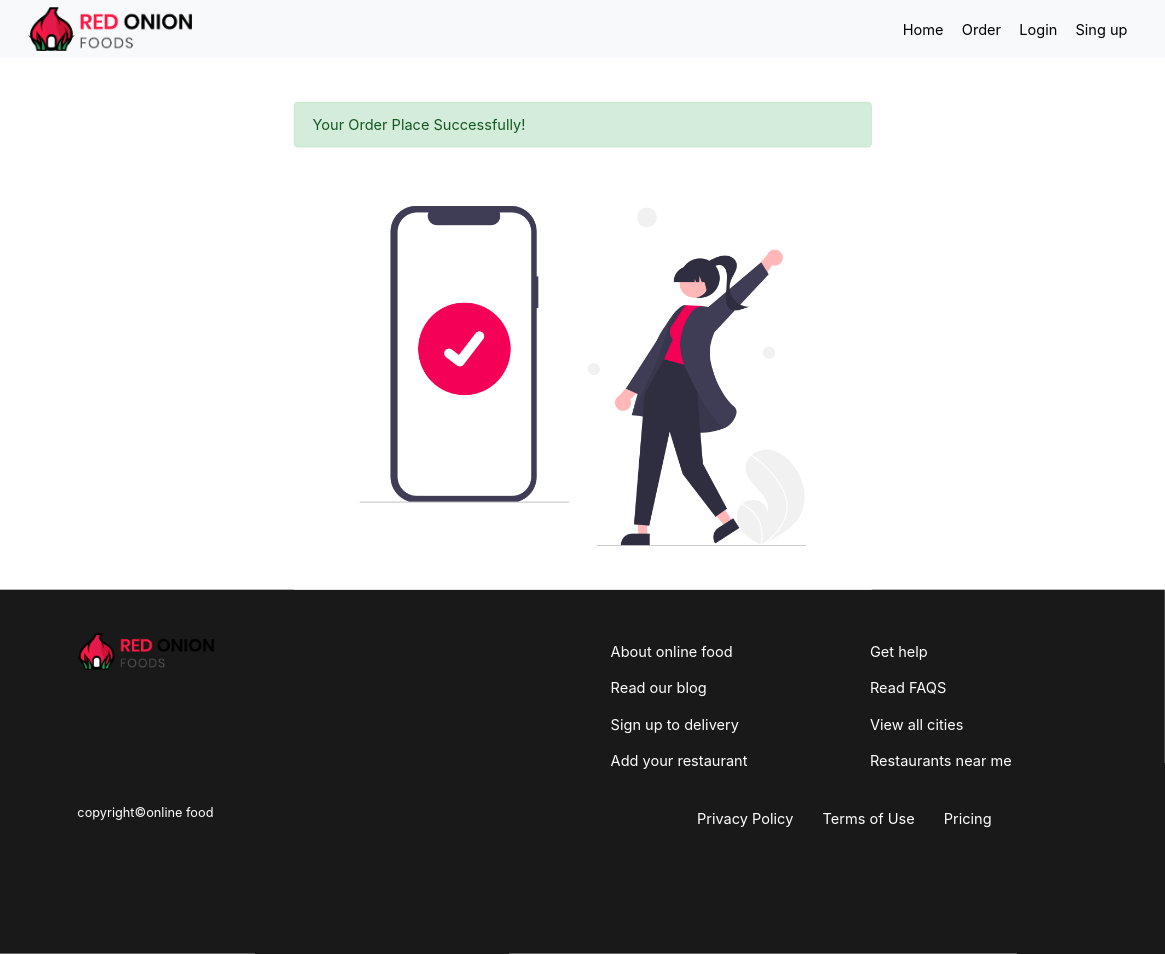
Repository: arif286/red-onion-client
Page: /checkOut
An editor plug-in stored every save of this project. The page is shown before and after the next save, followed by the edit.
The browser window is 1280 px wide. The pictures show the whole page, at 91% of full size.
The page's requests for data from a server got no answer. The project was rebuilt for these pictures with package versions that can differ from the ones it lists, and the page was loaded fresh each time. Some packages were replaced by stand-ins written for this rebuild. No one was signed in, and anything a server would have sent is missing. Also part of the build but not shown: src/App.css, src/components/CheckOut/CheckOut.css, src/components/CheckOut/CheckOutForm/CheckOutFrom.js, src/components/SearchBar/SearchBar.css, src/components/SearchBar/SearchBar.js, src/components/FoodDetails/FoodDetail.css, src/components/FoodDetails/FoodDetail.js, src/components/DeliveryFood/DeliveryFood.js and 12 more. Imported but missing from the stored project, and not drawn on this page: src/components/CheckOut/Map/Map.

Above is the page before, as saved 2021-04-06 03:25:41.

### public/index.html
<!DOCTYPE html>
<html lang="en">
  <head>
    <meta charset="utf-8" />
    <link rel="icon" href="%PUBLIC_URL%/favicon.ico" />
    <meta name="viewport" content="width=device-width, initial-scale=1" />
    <meta name="theme-color" content="#000000" />
    <meta
      name="description"
      content="Web site created using create-react-app"
    />
    <link rel="apple-touch-icon" href="%PUBLIC_URL%/logo192.png" />
    <!--
      manifest.json provides metadata used when your web app is installed on a
      user's mobile device or desktop. See https://developers.google.com/web/fundamentals/web-app-manifest/
    -->
    <link rel="manifest" href="%PUBLIC_URL%/manifest.json" />

    <!-- <link
      href="https://api.tiles.mapbox.com/mapbox-gl-js/v2.1.1/mapbox-gl.css"
      rel="stylesheet"
    /> -->
    <!--
      Notice the use of %PUBLIC_URL% in the tags above.
      It will be replaced with the URL of the `public` folder during the build.
      Only files inside the `public` folder can be referenced from the HTML.

      Unlike "/favicon.ico" or "favicon.ico", "%PUBLIC_URL%/favicon.ico" will
      work correctly both with client-side routing and a non-root public URL.
      Learn how to configure a non-root public URL by running `npm run build`.
    -->
    <title>Red Onion</title>
  </head>
  <body>
    <noscript>You need to enable JavaScript to run this app.</noscript>
    <div id="root"></div>
    <!--
      This HTML file is a template.
      If you open it directly in the browser, you will see an empty page.

      You can add webfonts, meta tags, or analytics to this file.
      The build step will place the bundled scripts into the <body> tag.

      To begin the development, run `npm start` or `yarn start`.
      To create a production bundle, use `npm run build` or `yarn build`.
    -->
  </body>
</html>

### src/App.js
import "bootstrap/dist/css/bootstrap.min.css";
import React, { createContext, useState } from "react";
import { BrowserRouter as Router, Route, Switch } from "react-router-dom";
import './App.css';
import CheckOut from "./components/CheckOut/CheckOut";
import Map from "./components/CheckOut/Map/Map";
import FoodDetail from "./components/FoodDetails/FoodDetail";
import Footer from "./components/Footer/Footer";
import Header from "./components/Header/Header";
import Home from './components/Home/Home';
import Login from "./components/LogIn/Login";
import Order from "./components/Order/Order";
import SingUp from "./components/SingUp/SingUp";


export const UserContext = createContext();
function App() {
  const [loggedInUser, setLoggedInUser] = useState({});
  return (
    <UserContext.Provider value={[loggedInUser, setLoggedInUser]}>
      <Router>
        <Header />
        <Switch>
          <Route path="/home">
            <Home />
          </Route>
          <Route path="/signUp">
            <SingUp />
          </Route>
          <Route path="/login">
            <Login />
          </Route>
          <Route path="/food/details/:foodId">
            <FoodDetail />
          </Route>
          <Route path='/checkOut'>
            <CheckOut/>
          </Route>
          <Route path='/order'>
            <Order/>
          </Route>
          <Route path='/map'>
            <Map/>
          </Route>
          <Route exact path="/">
            <Home/>
          </Route>
        </Switch>
        <Footer />
      </Router>
    </UserContext.Provider>
  );

}

export default App;

### src/components/CheckOut/CheckOut.js
import axios from "axios";
import React, { useContext, useEffect, useState } from "react";
import { Alert } from "react-bootstrap";
import { UserContext } from "../../App";
import Order from "../../onion-restaurent/Image/confirmOrder.png";
import "./CheckOut.css";
import CheckOutFrom from "./CheckOutForm/CheckOutFrom";
import Map from "./Map/Map";

const CheckOut = () => {
  const [loggedInUser, setLoggedInUser] = useContext(UserContext);
  const [cart, setCart] = useState({});
  const { count, foodId } = loggedInUser;
  useEffect(() => {
    axios
      .get(`http://localhost:5000/foodDetails/${foodId}`)
      .then((res) => {
        setCart(res.data);
      })
      .catch((err) => console.log(err));
  }, [foodId]);

  const { name: foodName, picture, price } = cart;

  const [deliverInfo, setDeliverInfo] = useState({});
  const [map, setMap] = useState(true);

  const { name, address, phone, email } = deliverInfo;

  const fixNumber = (str, num) => {
    const price = Number(str);
    const multiplication = price * num;
    return multiplication.toFixed(2);
  };
  const subTotal = fixNumber(price, count);
  const vat = fixNumber(subTotal, 0.07);

  let deliveryFee;

  if (subTotal < 50) {
    deliveryFee = 3.5;
  } else if (subTotal > 50) {
    deliveryFee = 2.5;
  }
  const total = (Number(subTotal) + Number(vat) + deliveryFee).toFixed(2);

   const [confirmOrder, setConfirmOrder] = useState(false);
  const handleOrder = () => {
    const orderFood = { ...deliverInfo };
    orderFood.totalPrice = total;
    orderFood.quantity = count;
    orderFood.foodId = foodId;
    console.log(orderFood);
    axios
      .post("http://localhost:5000/order", orderFood)
      .then((res) => setConfirmOrder(res.data))
      .catch((err) => console.log(err));
  };

  return (
    <div className="container">
      {!confirmOrder ? (
        <div className="row justify-content-center mt-5">
          <div className="col-md-7">
            <Alert variant="success">Your Order Place Successfully! </Alert>
            <img className='img-fluid' src={Order} alt="confirm" />
          </div>
        </div>
      ) : (
        <div className="row mt-5 justify-content-between">
          <div className="col-md-7 col-sm-12">
            {!map ? (
              <Map />
            ) : (
              <CheckOutFrom deliverInfo={setDeliverInfo} map={setMap} />
            )}
          </div>
          <div className="col-md-4 col-sm-12 ">
            <div className="delivery-info">
              <p>
                <strong>Name:</strong> {name}
              </p>
              <p>
                <strong>Address:</strong> {address}
              </p>
              <p>
                <strong>Phone:</strong> {phone}
              </p>
            </div>
            <div className="card">
              <div className="d-flex justify-content-between">
                <img
                  style={{ width: "100px", objectFit: "contain" }}
                  src={picture}
                  alt=""
                />
                <div style={{ padding: "1.25rem" }}>
                  <h6>{foodName}</h6>
                  <p>price: ${price}</p>
                  <p>quantity: {count}</p>
                </div>
              </div>
            </div>
            <div className="card-body">
              <p>
                subtotal item <span>${subTotal}</span>
              </p>
              <p>Tax ${vat}</p>
              <p>Delivery fee ${deliveryFee}</p>
              <p>Total ${total}</p>
              <button
                onClick={handleOrder}
                disabled={map}
                className="btn btn-danger w-100"
              >
                Place Order
              </button>
            </div>
          </div>
        </div>
      )}
    </div>
  );
};

export default CheckOut;

### src/components/Footer/Footer.js
import React from 'react';
import { NavLink } from 'react-bootstrap';
import Logo from '../../onion-restaurent/logo2.png';
import './Footer.css';

const Footer = () => {
    return (
      <footer>
        <div className="container">
          <div className="row pt-5">
            <div className="col-md-6 col-sm-12 pb-4">
              <img className="footer-img" src={Logo} alt="" />
            </div>
            <div className="col-md-3 col-sm-12 pb-4">
              <ul className="nav flex-column">
                <li className="nav-item">
                  <NavLink
                    className="nav-link active footer-link"
                    aria-current="page"
                    to="/"
                  >
                    About online food
                  </NavLink>
                </li>
                <li className="nav-item">
                  <NavLink className="nav-link footer-link" to="/">
                    Read our blog
                  </NavLink>
                </li>
                <li className="nav-item">
                  <NavLink className="nav-link footer-link" to="/">
                    Sign up to delivery
                  </NavLink>
                </li>
                <li className="nav-item">
                  <NavLink className="nav-link footer-link" to="/">
                    Add your restaurant
                  </NavLink>
                </li>
              </ul>
            </div>
            <div className="col-md-3 col-sm-12 pb-4">
              <ul className="nav flex-column">
                <li className="nav-item">
                  <NavLink
                    className="nav-link footer-link"
                    aria-current="page"
                    to="/"
                  >
                    Get help
                  </NavLink>
                </li>
                <li className="nav-item">
                  <NavLink className="nav-link footer-link" to="/">
                    Read FAQS
                  </NavLink>
                </li>
                <li className="nav-item">
                  <NavLink className="nav-link footer-link" to="/">
                    View all cities
                  </NavLink>
                </li>
                <li className="nav-item">
                  <NavLink className="nav-link footer-link" to="/">
                    Restaurants near me
                  </NavLink>
                </li>
              </ul>
            </div>
          </div>

          <div className="row">
            <div className="col-md-7">
              <p className='copy-right'>
                <small>
                  copyright<span>&#169;</span>online food
                </small>
              </p>
            </div>
            <div className="col-md-5">
              <div className='d-flex'>
                <NavLink className="footer-link">Privacy Policy</NavLink>
                <NavLink className="footer-link">Terms of Use</NavLink>
                <NavLink className="footer-link">Pricing</NavLink>
              </div>
            </div>
          </div>
        </div>
      </footer>
    );
};

export default Footer;

### src/components/Header/Header.js
import { faShoppingCart } from "@fortawesome/free-solid-svg-icons";
import { FontAwesomeIcon } from "@fortawesome/react-fontawesome";
import React from 'react';
import { NavLink } from "react-router-dom";
import logo from '../../onion-restaurent/logo2.png';
import './Header.css';
const cart = <FontAwesomeIcon icon={faShoppingCart} />;
const Header = () => {
    const header = {
        logo : {width: '180px'}
    }
    return (
      <div>
        <nav className="navbar navbar-expand-lg navbar-light bg-light">
          <div className="container-fluid">
            <div>
              <img style={header.logo} src={logo} alt="" />
            </div>
            <button
              className="navbar-toggler"
              type="button"
              data-bs-toggle="collapse"
              data-bs-target="#navbarNav"
              aria-controls="navbarNav"
              aria-expanded="false"
              aria-label="Toggle navigation"
            >
              <span className="navbar-toggler-icon"></span>
            </button>
            <div
              className="collapse  navbar-collapse justify-content-end"
              id="navbarNav"
            >
              <ul className="navbar-nav align-items-center">
                <li className="nav-item">
                  <NavLink className="header-link" to="/">
                    Home
                  </NavLink>
                </li>
                <li className="nav-item">
                  <NavLink className="header-link" to="/order">
                    Order
                  </NavLink>
                </li>
                <li className="nav-item">
                  <NavLink className="header-link" to="/login">
                    Login
                  </NavLink>
                </li>
                <li className="nav-item">
                  <NavLink className="header-link" to="/signUp">
                    Sing up
                  </NavLink>
                </li>
              </ul>
            </div>
          </div>
        </nav>
      </div>
    );
};

export default Header;

### src/components/Footer/Footer.css
.footer-img {
  width: 150px;
}
footer {
  background-color: #191919;
  height: 400px;
}
.footer-link {
  color: white;
}
.footer-link:hover {
  color: #878787;
}
.copy-right {
  color: white;
}

### src/components/Header/Header.css
.header-link {
  color: black;
  display: inline-block;
  padding: 10px;
}
.header-link:hover {
  text-decoration: none;
  color: #777777;
}
.cart-btn {
  border: none;
  background: none;
}

Loaded but not shown: src/index.js (common file); src/index.css (common file); src/reportWebVitals.js (common file)

After the next save:
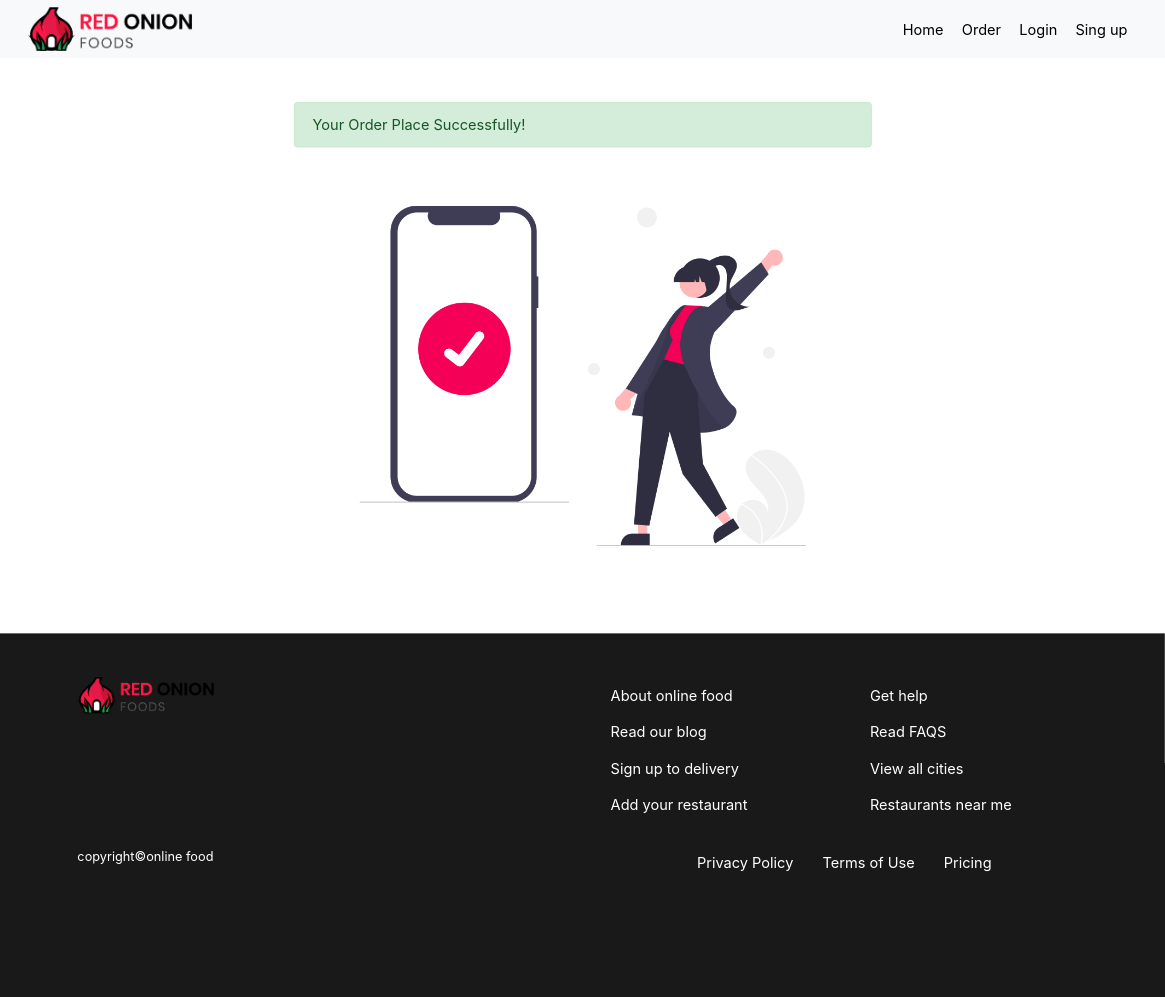
Saved 52 s later.
--- a/src/components/CheckOut/CheckOut.js
+++ b/src/components/CheckOut/CheckOut.js
@@ -60,7 +60,7 @@ const CheckOut = () => {
   return (
     <div className="container">
       {!confirmOrder ? (
-        <div className="row justify-content-center mt-5">
+        <div className="row justify-content-center mt-5 mb-5">
           <div className="col-md-7">
             <Alert variant="success">Your Order Place Successfully! </Alert>
             <img className='img-fluid' src={Order} alt="confirm" />
